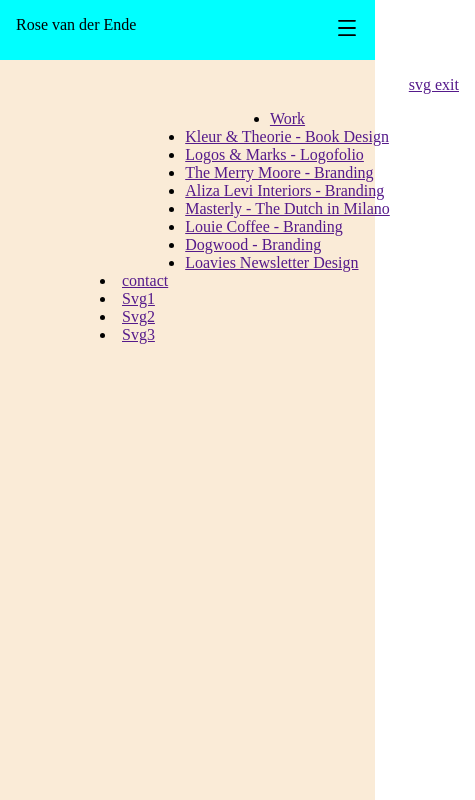
Repository: rahanwz/rose-project-daneshkar
Page: rose.html
These files come from the project's save history. The page is drawn as it stood at one moment and after a run of saves; the edit follows.
The browser window is 375 px wide. The page is 475 px wide, so the pictures cover 475 px, including what lies to the right of the window. The pictures show the whole page.

Above is the page before, as saved 2024-02-25 16:33:05.
Console error: TypeError: Cannot read properties of null (reading 'classList')

### rose.html
<!DOCTYPE html>
<html lang="en">
  <head>
    <meta charset="UTF-8" />
    <meta name="viewport" content="width=device-width, initial-scale=1.0" />
    <title>Rose</title>
    <link rel="stylesheet" href="rose.css" />
    <script src="Roe.js"></script>
  </head>
  <body>
    <div class="container">
      <div class="navbar">
        <div class="logo">
          <div class="name_logo">Rose van der Ende</div>
          <div class="hamber_menu">
            <a href="">
              <svg class="svg-icon" viewBox="0 0 20 20">
                <path
                  fill="none"
                  d="M3.314,4.8h13.372c0.41,0,0.743-0.333,0.743-0.743c0-0.41-0.333-0.743-0.743-0.743H3.314
								c-0.41,0-0.743,0.333-0.743,0.743C2.571,4.467,2.904,4.8,3.314,4.8z M16.686,15.2H3.314c-0.41,0-0.743,0.333-0.743,0.743
								s0.333,0.743,0.743,0.743h13.372c0.41,0,0.743-0.333,0.743-0.743S17.096,15.2,16.686,15.2z M16.686,9.257H3.314
								c-0.41,0-0.743,0.333-0.743,0.743s0.333,0.743,0.743,0.743h13.372c0.41,0,0.743-0.333,0.743-0.743S17.096,9.257,16.686,9.257z"
                ></path></svg
            ></a>
          </div>
        </div>
        <div class="menu">
          <div class="exit"><a href="">svg exit</a></div>

          <div class="work">
            <ul>
              <li><a href="">Work</a></li>
            </ul>
          </div>

          <div class="items">
            <ul>
              <li><a href="">Kleur & Theorie - Book Design</a></li>
              <li><a href="">Logos & Marks - Logofolio</a></li>
              <li><a href="">The Merry Moore - Branding</a></li>
              <li><a href="">Aliza Levi Interiors - Branding</a></li>
              <li><a href="">Masterly - The Dutch in Milano</a></li>
              <li><a href="">Louie Coffee - Branding</a></li>
              <li><a href="">Dogwood - Branding</a></li>
              <li><a href="">Loavies Newsletter Design</a></li>
            </ul>
          </div>

          <div class="contact">
            <li><a href="">contact</a></li>
          </div>
          <div class="icons">
            <li><a href="">Svg1</a></li>
            <li><a href="">Svg2</a></li>
            <li><a href="">Svg3</a></li>
          </div>
        </div>
      </div>
    </div>

<!-- <div class="menu_show">
          <div class="exit"><a href="">svg exit</a></div>

          <div class="work">
            <ul>
              <li><a href="">Work</a></li>
            </ul>
          </div>

          <div class="items">
            <ul>
              <li><a href="">Kleur & Theorie - Book Design</a></li>
              <li><a href="">Logos & Marks - Logofolio</a></li>
              <li><a href="">The Merry Moore - Branding</a></li>
              <li><a href="">Aliza Levi Interiors - Branding</a></li>
              <li><a href="">Masterly - The Dutch in Milano</a></li>
              <li><a href="">Louie Coffee - Branding</a></li>
              <li><a href="">Dogwood - Branding</a></li>
              <li><a href="">Loavies Newsletter Design</a></li>
            </ul>
          </div>

          <div class="contact">
            <li><a href="">contact</a></li>
          </div>
          <div class="icons">
            <li><a href="">Svg1</a></li>
            <li><a href="">Svg2</a></li>
            <li><a href="">Svg3</a></li>
          </div>
        </div> -->







  </body>
</html>

### rose.css
* {
  padding: 0;
  margin: 0;
  box-sizing: border-box;
}


.menu_show{
    display: none;
}
@media only screen and (max-width: 600px) {


.container {
  height: 100vh;
  background-color: antiquewhite;
}

.logo {
  padding: 1rem;
  display: flex;
  background-color: aqua;
  justify-content: space-between;
}
.svg-icon {
  width: 1.5em;
  height: 1.5em;
}

.svg-icon path,
.svg-icon polygon,
.svg-icon rect {
  fill: #000;
}

.svg-icon circle {
  stroke: #000;
  stroke-width: 2;
}

.hamber_menu {
}

.exit {
  display: flex;
  padding: 1rem;
  justify-content: flex-end;
}

.work {
  display: flex;
  justify-content: center;
}

.items {
  display: flex;
  justify-content: center;
}
.menu{

transform: translate(100px);

}

}

### Roe.js
const hamber_menu = document.querySelector('.hamber_menu');
const menu = document.querySelector('.menu');

hamber_menu.classList.addEventListener("click", () =>{

    hamber_menu.classList.addEventListener.toggle("active");
    menu.classList.addEventListener.toggle("active");


})

After the next 3 saves:
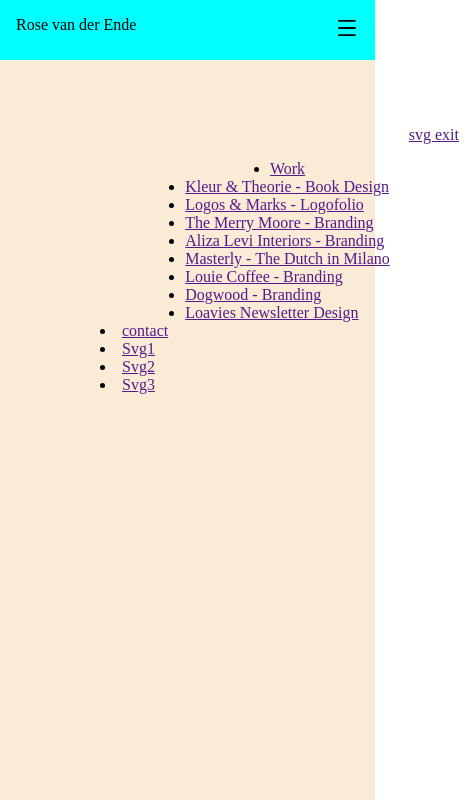
The 3 saves are shown as one change because they came seconds apart.
The last was saved 12 s later.
--- a/rose.css
+++ b/rose.css
@@ -58,7 +58,7 @@
 }
 .menu{
 
-transform: translate(100px);
+transform: translate(100px,50px);
 
 }
 
